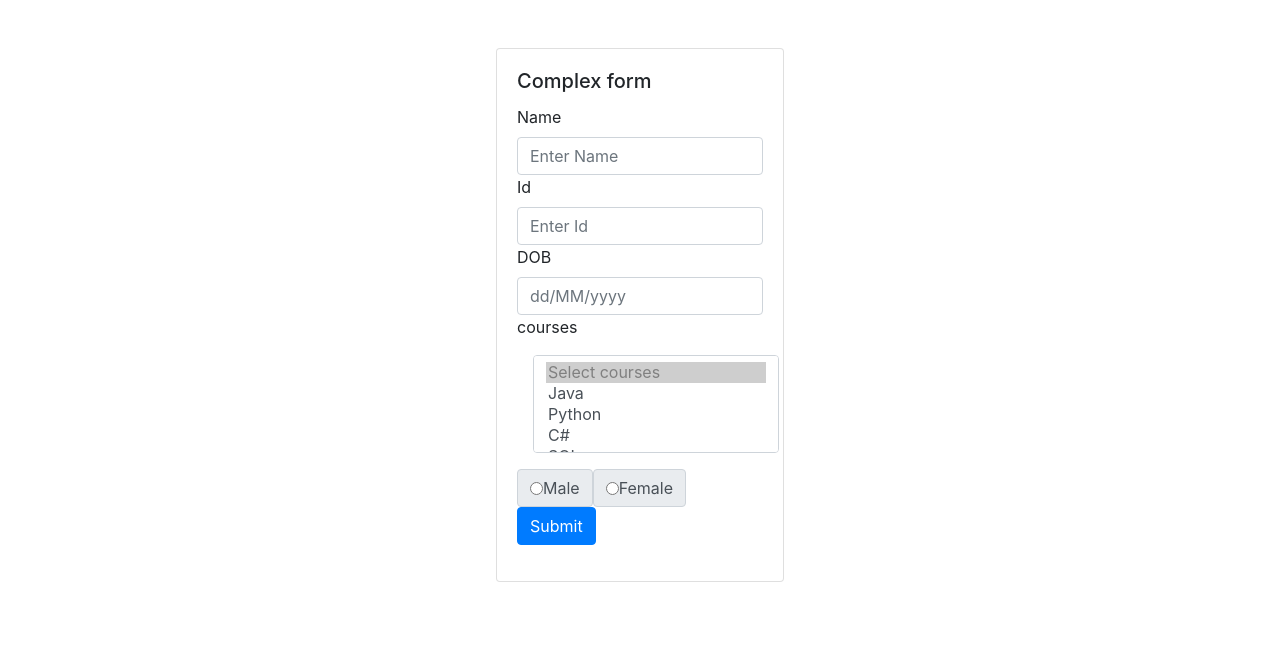
Repository: parvaizsajad/SpringFrameWork
Page: http://localhost/com.springMvc.search/complex
These files come from the project's save history. The page is drawn as it stood at one moment and after the next save; the edit follows.
The browser window is 1280 px wide. The pictures show the whole page.
Some web libraries are served in a nearby version. The page is served by Tomcat 9.

Above is the page before, as saved 2021-09-10 11:11:56.

After the next save:
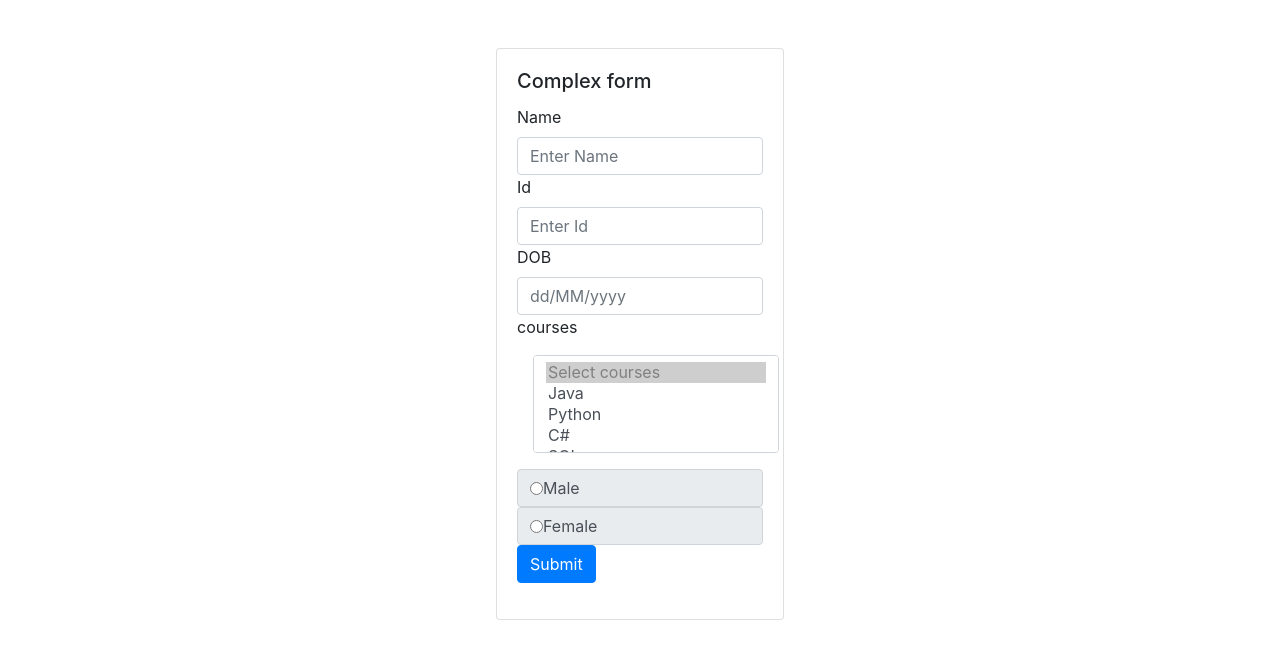
Saved 107 s later.
--- a/com.springMvc.search/src/main/webapp/WEB-INF/views/complex.jsp
+++ b/com.springMvc.search/src/main/webapp/WEB-INF/views/complex.jsp
@@ -38,7 +38,7 @@
   <option value="4">SQL</option>
 </select>
 
-    <div class="input-group">
+
 
     <div class="input-group-text">
     <input class="gender" type="radio" aria-label="Radio button for following text input" name=" gender" value="Male" id="male1">Male
@@ -48,7 +48,7 @@
     </div>
 
 
-</div>
+
 
       <button type="submit" class="btn btn-primary">Submit</button>
 </form>
